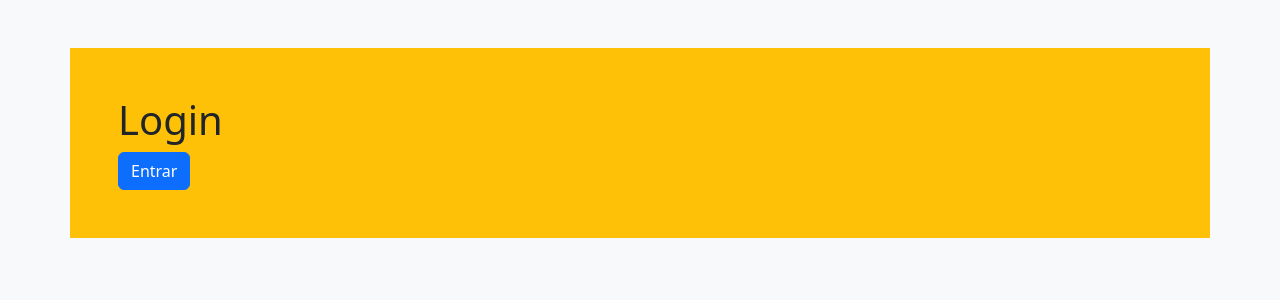
Repository: gabrielwodtke282/PetShop-fofinhos
Page: front-end/index.html
An editor plug-in stored every save of this project. The page is shown before and after the next save, followed by the edit.
The browser window is 1280 px wide. The pictures show the whole page.

Above is the page before, as saved 2026-03-23 09:27:18.

### front-end/index.html
<!DOCTYPE html>
<html lang="pt-BR">
<head>
    <meta charset="UTF-8">
    <meta name="viewport" content="width=device-width, initial-scale=1.0">
    <title>Fofinhos Petshop</title>

    <link href="https://cdn.jsdelivr.net/npm/bootstrap@5.3.8/dist/css/bootstrap.min.css" rel="stylesheet">
</head>
<body class="bg-light">

    <div class="container bg-warning p-5 mt-5">
        <h1>Login</h1>
        <button class="btn btn-primary">Entrar</button>
    </div>

</body>
</html>

After the next save:
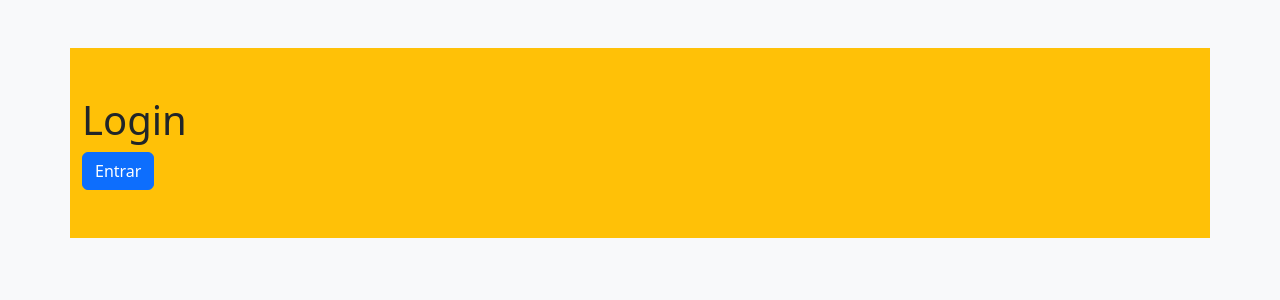
Saved 73 s later.
--- a/front-end/index.html
+++ b/front-end/index.html
@@ -9,7 +9,7 @@
 </head>
 <body class="bg-light">
 
-    <div class="container bg-warning p-5 mt-5">
+    <div class="container bg-warning py-5 mt-5">
         <h1>Login</h1>
         <button class="btn btn-primary">Entrar</button>
     </div>

After the 3 saves that followed:
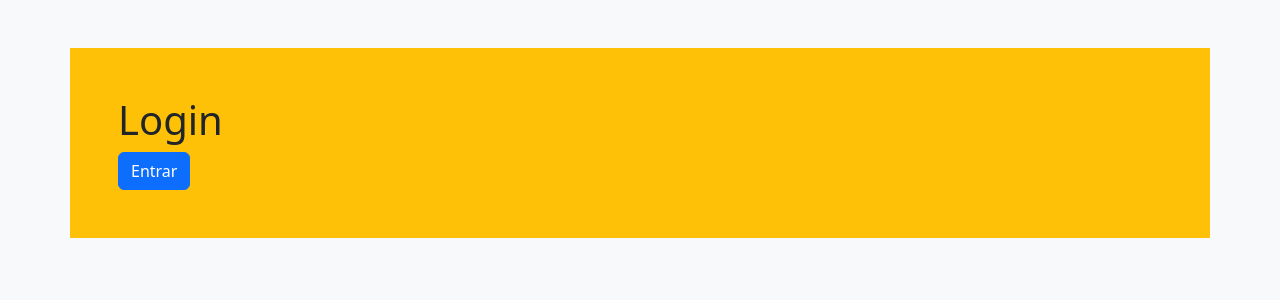
The 3 saves are shown as one change because they came seconds apart.
The last was saved 14 s later.
--- a/front-end/index.html
+++ b/front-end/index.html
@@ -9,7 +9,7 @@
 </head>
 <body class="bg-light">
 
-    <div class="container bg-warning py-5 mt-5">
+    <div class="container  bg-warning p-5 mt-5">
         <h1>Login</h1>
         <button class="btn btn-primary">Entrar</button>
     </div>
